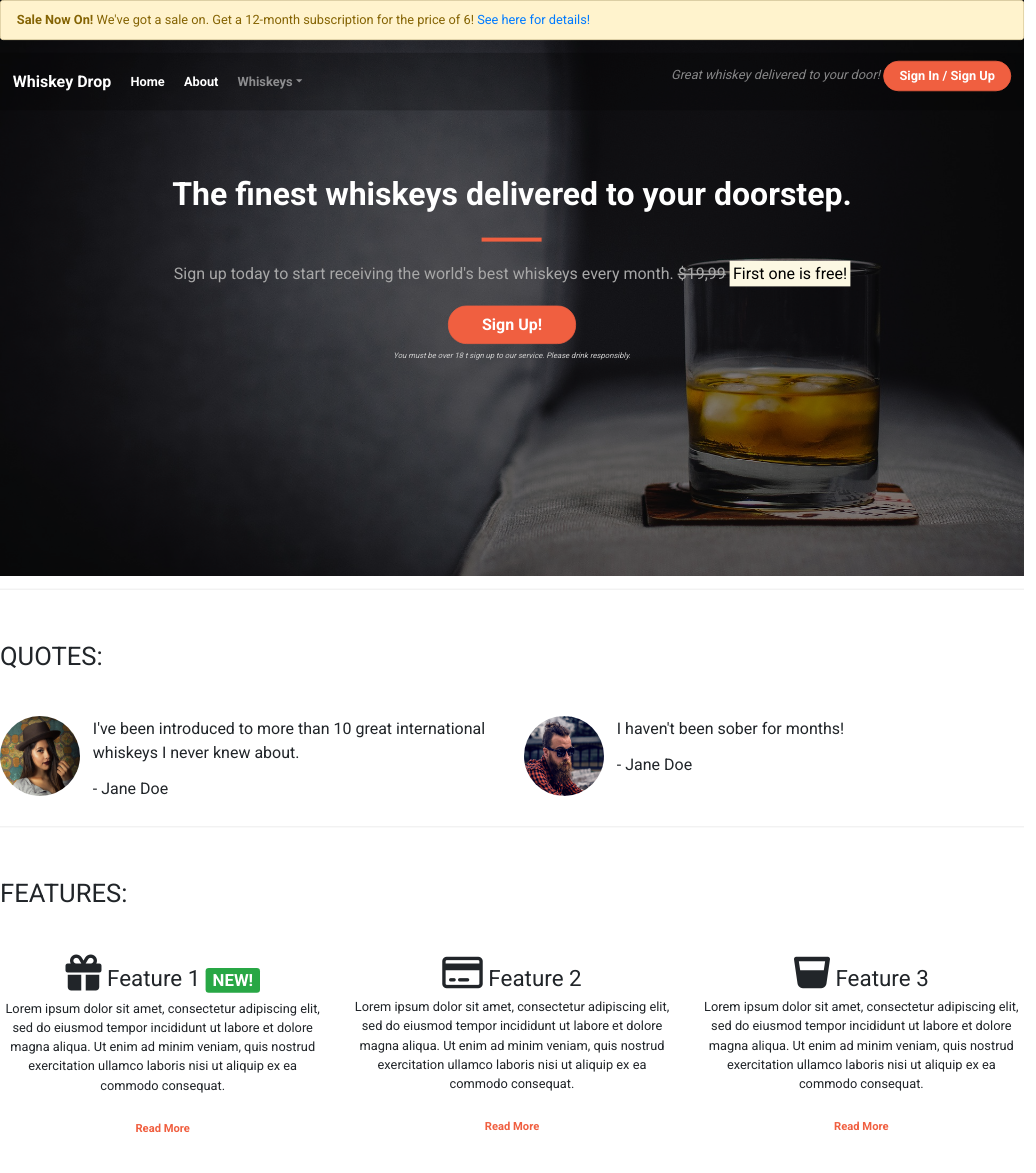
Repository: nitr-am/whiskey-project
Page: index.html
The author's editor kept a record of every edit. The page is drawn from the files as they stood at one moment, then again after the next edit.
The browser window is 1280 px wide. The page is 1295 px wide, so the pictures cover 1295 px, including what lies to the right of the window. The pictures show the whole page, at 80% of full size.
Backgrounds fixed to the window are drawn as part of the page. Some web libraries are served in a nearby version.

Above is the page before.

### index.html
<!DOCTYPE html>
<html lang="en-us">

<head>
    <meta charset="utf-8">
    <meta name="viewport" content="width=device-width, initial-scale=1.0">
    <title>Whiskey Drop | Taste a new whiskey every month</title>
    <link rel="stylesheet" href="https://maxcdn.bootstrapcdn.com/bootstrap/4.1.3/css/bootstrap.min.css">
    <script src="https://kit.fontawesome.com/079375249b.js"></script>
    <link href="https://fonts.googleapis.com/css?family=Roboto:400,700&display=swap" rel="stylesheet">
    <link rel="stylesheet" href="css/style.css" type="text/css" />
</head>

<body>

    <div class="container-fluid navalert-container">
        <div class="container-fluid alert-container">
            <div class="row d-none d-sm-block">
                <div class="col-12">
                    <div class="site-wide-atert alert alert-warning">
                        <strong>Sale Now On!</strong> We've got a sale on. Get a 12-month subscription for the price of 6! <a href="#">See here for details!</a>
                    </div>
                </div>
            </div>
        </div>
        <nav class="navbar navbar-dark navbar-expand-sm">
            <a href="#" class="navbar-brand">Whiskey Drop</a>

            <button class="navbar-toggler ml-auto" type="button" data-toggle="collapse" data-target="#navbarNavDropdown" aria-controls="navbarNavDropdown" aria-expanded="false" aria-label="Toggle navigation">
              <span class="navbar-toggler-icon"></span>
            </button>
            <div class="collapse navbar-collapse" id="navbarNavDropdown">
                <ul class="navbar-nav mr-auto">
                    <li class="active nav-item mr-2"><a href="/" class="nav-link">Home</a></li>
                    <li class="active nav-item mr-2"><a href="/about" class="nav-link">About</a></li>
                    <li class="nav-item dropdown">
                        <a class="nav-link dropdown-toggle" href="#" id="navbarDropdownMenuLink" role="button" data-toggle="dropdown" aria-haspopup="true" aria-expanded="false">Whiskeys</a>

                        <div class="dropdown-menu" aria-labelledby="navbarDropdownMenuLink">
                            <a class="dropdown-item" href="#">Irish</a>
                            <a class="dropdown-item" href="#">Scotch</a>
                            <a class="dropdown-item" href="#">Japanese</a>
                            <a class="dropdown-item" href="#">American</a>
                        </div>
                    </li>
                    <li class="active nav-item mr-2 d-block d-sm-none"><a href="/login" class="nav-link">Sign In / Sign Up</a></li>
                </ul>
            </div>
            <div class="d-none d-md-block">
                <p class="navbar-text my_auto -mr-2"><i>Great whiskey delivered to your door!</i></p>
                <a href="/login" class="btn btn--cta btn--red">Sign In / Sign Up</a>
            </div>
        </nav>
    </div>


    <!-- Callout -->
    <div class="container-fluid callout-container">
        <div class="opaque-overlay">&nbsp;</div>
        <div class="row">
            <div class="col-12">
                <section class="callout jumbotron text-center">
                    <h1 class="jumbotron-header">The finest whiskeys delivered to your doorstep.</h1>
                    <hr class="block-divider block-divider--orange">
                    <p class="lead">Sign up today to start receiving the world's best whiskeys every month.
                        <s class="d-none d-sm-inline">$19,99</s>
                        <span class="d-inline d-sm-none"><br></span>
                        <strong><mark>First one is free!</mark></strong></p>
                    <button class="btn btn-lg btn--cta btn--red" data-toggle="modal" data-target="#signUpModal">Sign Up!</button>
                    <p class="text-muted "><small>You must be over 18 t sign up to our service. Please drink responsibly.</small></p>
                </section>
            </div>
        </div>
    </div>
    <!-- /.callout -->
    <hr>


    <!-- Quotes -->
    <div class="quotes-container">
        <section class="quotes ">
            <div class="row ">
                <div class="col-12 my-5">
                    <h2 class="text-uppercase">Quotes:</h2>
                </div>
            </div>
            <div class="row ">
                <div class="col-12 col-md-6">
                    <div class="media">
                        <div class="d-none d-sm-block">
                            <img src="images/girl-image.png" class="rounded-circle mr-3" height=100 width=100>
                        </div>
                        <div class="media-body">
                            <blockquote class="blockquote ">
                                <p>I've been introduced to more than 10 great international whiskeys I never knew about.</p>
                                <p>- Jane Doe</p>
                            </blockquote>
                        </div>
                    </div>
                </div>
                <div class="col-12 col-md-6 ">
                    <div class="media">
                        <div class="d-none d-sm-block">
                            <img src="images/guy-image.png" class="rounded-circle mr-3" height=100 width=100>
                        </div>
                        <div class="media-body">
                            <blockquote class="blockquote ">
                                <p>I haven't been sober for months!</p>
                                <p>- Jane Doe</p>
                            </blockquote>
                        </div>
                    </div>
                </div>
            </div>
        </section>
    </div>

    <!-- /.quotes -->
    <hr>


    <!-- Features -->
    <div class="features-container">
        <section class="features ">
            <div class="row ">
                <div class="col-12 my-5">
                    <h2 class="text-uppercase ">Features:</h2>
                </div>
            </div>
            <div class="row ">
                <div class="col-12 col-md-6 col-lg-4 ">
                    <div class="feature ">
                        <h3><i class="fas fa-gift d-none d-sm-inline"></i> Feature 1 <span class="badge badge-success">NEW!</span></h3>
                        <p>Lorem ipsum dolor sit amet, consectetur adipiscing elit, sed do eiusmod tempor incididunt ut labore et dolore magna aliqua. Ut enim ad minim veniam, quis nostrud exercitation ullamco laboris nisi ut aliquip ex ea commodo consequat.
                        </p>
                        <p><a class="btn btn-sm btn-light " href=" ">Read More</a></p>
                    </div>
                </div>
                <div class="col-12 col-md-6 col-lg-4 ">
                    <div class="feature ">
                        <h3><i class="far fa-credit-card d-none d-sm-inline"></i> Feature 2</h3>
                        <p>Lorem ipsum dolor sit amet, consectetur adipiscing elit, sed do eiusmod tempor incididunt ut labore et dolore magna aliqua. Ut enim ad minim veniam, quis nostrud exercitation ullamco laboris nisi ut aliquip ex ea commodo consequat.
                        </p>
                        <p><a class="btn btn-sm btn-light " href=" ">Read More</a></p>
                    </div>
                </div>
                <div class="col-12 d-md-none d-lg-block col-lg-4 ">
                    <div class="feature ">
                        <h3><i class="fas fa-glass-whiskey d-none d-sm-inline"></i> Feature 3</h3>
                        <p>Lorem ipsum dolor sit amet, consectetur adipiscing elit, sed do eiusmod tempor incididunt ut labore et dolore magna aliqua. Ut enim ad minim veniam, quis nostrud exercitation ullamco laboris nisi ut aliquip ex ea commodo consequat.
                        </p>
                        <p><a class="btn btn-sm btn-light " href=" ">Read More</a></p>
                    </div>
                </div>
            </div>
        </section>
    </div>
    <!-- /.features -->

    <div class="modal" tabindex="-1" role="dialog" id="signUpModal">
        <div class="modal-dialog" role="document">
            <div class="modal-content">
                <div class="modal-header">
                    <h5 class="modal-title">Sign Up To Whiskey Drop!</h5>
                    <button type="button" class="close" data-dismiss="modal" aria-label="Close">
                        <span aria-hidden="true">&times;</span>
                    </button>
                </div>
                <div class="modal-body">
                    <form>
                        <div class="form-group">
                            <label for="exampleInputEmail1">Email address</label>
                            <input type="email" class="form-control" id="exampleInputEmail1" aria-describedby="emailHelp" placeholder="Enter email">
                            <small id="emailHelp" class="form-text text-muted">We'll never share your email with anyone else.</small>
                        </div>
                        <div class="form-group">
                            <label for="password">Password</label>
                            <input type="password" class="form-control" id="password" placeholder="Password">
                        </div>
                        <div class="form-group">
                            <label for="repeatPassword"> Repeat Password</label>
                            <input type="password" class="form-control" id="repeatPassword" placeholder="Repeat Password">
                        </div>

                        <button type="submit" class="btn btn-success">Submit</button>
                    </form>
                </div>
            </div>
        </div>
    </div>


    <script src="https://code.jquery.com/jquery-3.3.1.slim.min.js" integrity="sha384-q8i/X+965DzO0rT7abK41JStQIAqVgRVzpbzo5smXKp4YfRvH+8abtTE1Pi6jizo" crossorigin="anonymous"></script>
    <script src="https://cdnjs.cloudflare.com/ajax/libs/popper.js/1.14.7/umd/popper.min.js" integrity="sha384-UO2eT0CpHqdSJQ6hJty5KVphtPhzWj9WO1clHTMGa3JDZwrnQq4sF86dIHNDz0W1" crossorigin="anonymous"></script>
    <script src="https://stackpath.bootstrapcdn.com/bootstrap/4.3.1/js/bootstrap.min.js" integrity="sha384-JjSmVgyd0p3pXB1rRibZUAYoIIy6OrQ6VrjIEaFf/nJGzIxFDsf4x0xIM+B07jRM" crossorigin="anonymous"></script>
</body>

</html>

### css/style.css
body {
    font-family: "Roboto", sans-serif;
}

.callout-container {
    height: 100vh;

    background: url("../images/whiskey-background.jpg") no-repeat bottom right fixed;
    -webkit-background-size: cover;
    -moz-background-size: cover;
    -o-background-size: cover;
    background-size: cover;

    display: flex;
    align-items: center;
    justify-content: center;

    position:relative;
}

.opaque-overlay {
    position: absolute;
    top: 0;
    left: 0;
    height: 100%;
    width: 100%;
    background-color: rgba(0, 0, 0, 0.5);
}

/* containers */

.content-container {
    padding-top: 75px;
    padding-bottom: 75px;
}

.container-wrapper {}

.container-wrapper--red {
    background-color: #f05f40;
    color:white;
}
.quotes-container {}

.features-container {}

/* Page headers */

.page-header {
    margin-bottom: 0;
    border-bottom: 0;
    text-align: center;
}

.page-header h2 {
    margin-top: 0;
}

.quotes .page-header {
    margin-bottom:25px;
}

/* Block dividers */

.block-divider {
    width:75px;
    height:5px;
    border:0;
    background-color:#444;
}

.block-divider--orange {
    background-color: #f05f40;
}

.block-divider--white {
    background-color: white;
}

.block-divider--short {
    width: 35px;
}

/* Navbar */

.navalert-container {
    position: absolute;
    top: 0;
    left: 0;
    z-index: 1;
    padding-left: 0;
    padding-right: 0;
}

.navbar {
    margin-bottom: 0;
    width: 100%;
    background-color: rgba(0, 0, 0, .25);
    border: 0;
}

.navbar .navbar-toggler {
    border:0;
}

.navbar-dark .navbar-brand {
    font-weight: bold;
}

.navbar .navbar-nav a {
    font-weight: bold;
}

.alert-container .col-12 {
    padding-left: 0;
    padding-right: 0;
}

.site-wide-alert {
    color: #544600;
    background-color: #eec802;
    border-color: #eec802;
    padding: 5px 15px;
    margin-bottom: 0;
    border: 1px solid transparent;
    border-radius: 0;

}

/* Jumbotrons */

.jumbotron {
    background-color: transparent;
}

.jumbotron h1 {
    color:white;
    font-weight: bold;
    margin-bottom: 30px;
}
.jumbotron .lead {
    margin:25px 0;
    color: #a7a7a7;
}
.jumbotron small {
    font-size:60%;
    font-style: italic;
    color: #d0d0d0;
}

/* Buttons */

.btn--cta {
    font-weight: bold;
    border-radius:23px;
    width:160px;
}
.btn--red {
    color:white;
    background-color: #f05f40;
    border-color:#f05f40;
}

.btn--red:hover,
.btn--red:active,
.btn--red:focus,
.btn--red:active:focus {
    background-color: #df4929;
    border-color: #df4929;
    color: white;
}

.feature {
    text-align: center;
    margin-bottom: 40px;
}

.feature i {
    margin-bottom: 20px;
    font-size: 45px;
    line-height: 45px;
}

.feature .btn {
    background-color: white;
    border-color: white;
    border-radius: 15px;
    min-width: 100px;
    font-weight: bold;
    margin-top: 10px;
    color: #f05f40;
}

After the next edit:
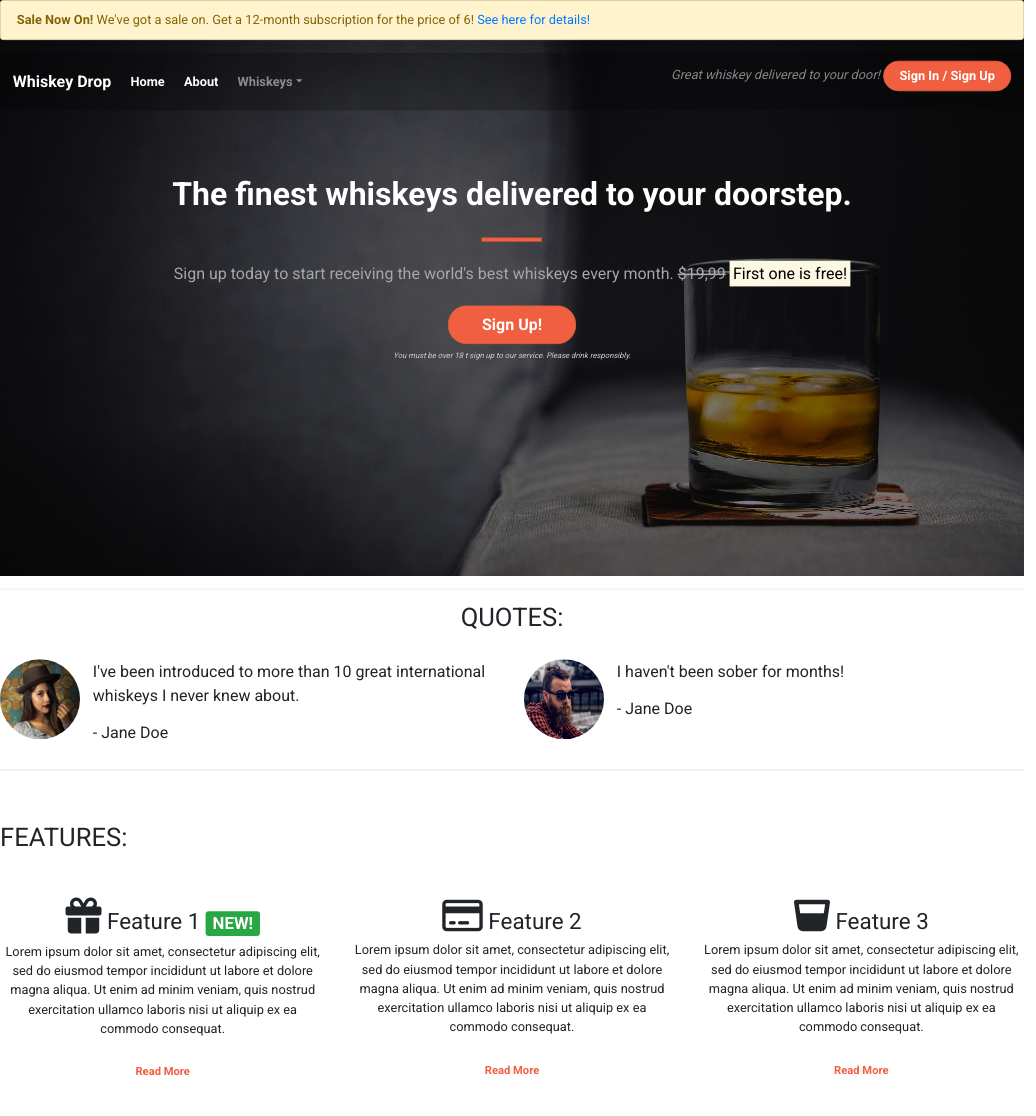
The edit:
--- a/index.html
+++ b/index.html
@@ -80,7 +80,7 @@
     <div class="quotes-container">
         <section class="quotes ">
             <div class="row ">
-                <div class="col-12 my-5">
+                <div class="col-12 page-header">
                     <h2 class="text-uppercase">Quotes:</h2>
                 </div>
             </div>
